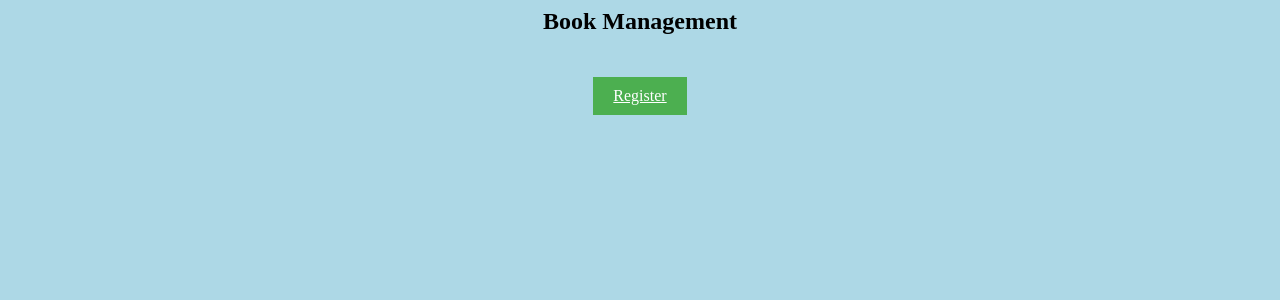
Repository: Chandu8397/hibernate
Page: http://localhost/assignments/
These files come from the project's save history. The page is drawn as it stood at one moment and after the next save; the edit follows.
The browser window is 1280 px wide. The pictures show the whole page.
The page is served by Tomcat 9. Other server files are loaded and not shown.

Above is the page before, as saved 2024-12-04 08:49:29.

### assignments/src/main/webapp/index.jsp
<html>
<head>
<style>
	h1{color:blue;text-align:center}
	p{color:brown;text-align:center}

	body{background-color:lightBlue; text-align:center}
	.button {
  background-color: #4CAF50;
  border: none;
  color: white;
  padding: 10px 20px;
  font-size: 16px;
  cursor: pointer;
  text-align: center;
  display: inline-block;
  margin: 4px 2px;
}
</style>
</head>
<body>
<h2>Book Management</h2>

<br>
<a href="Book.html" class="button" >Register</a>
</body>
</html>

After the next save:
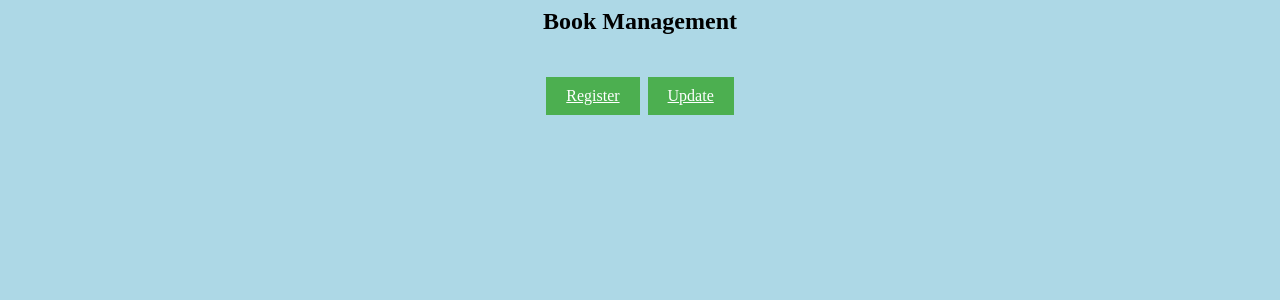
Saved 82 min 56 s later.
--- a/assignments/src/main/webapp/index.jsp
+++ b/assignments/src/main/webapp/index.jsp
@@ -23,5 +23,7 @@
 
 <br>
 <a href="Book.html" class="button" >Register</a>
+<a href="manipulation.jsp" class="button">Update</a>
+
 </body>
 </html>
